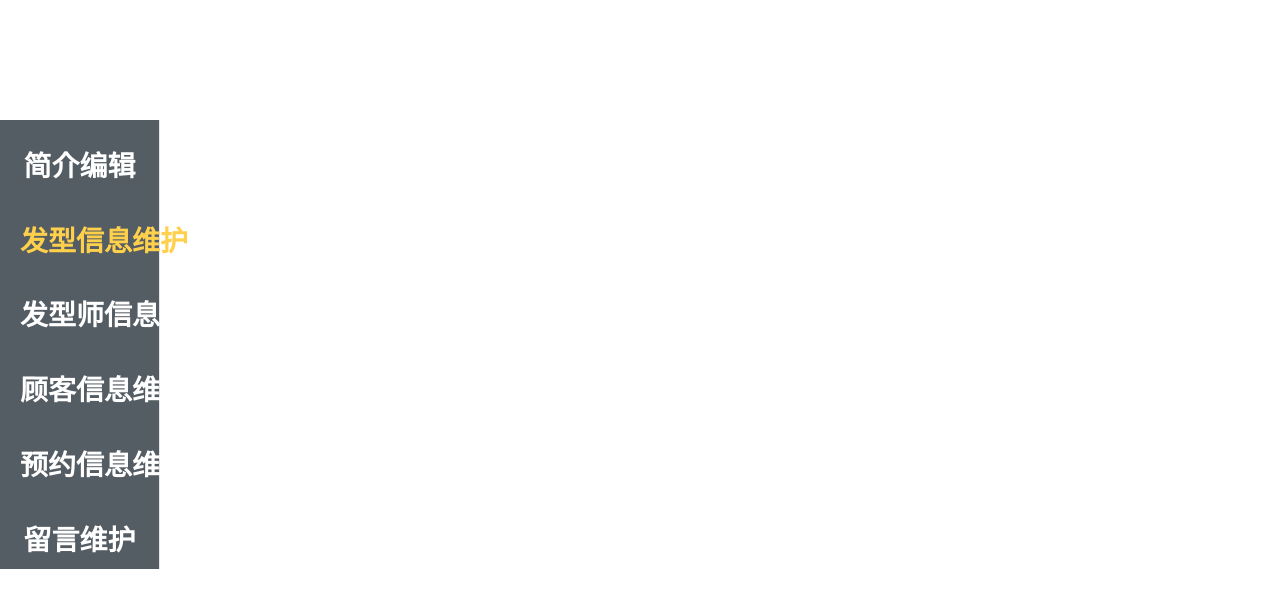
Repository: cjl0805/graduation-design-front
Page: /back/home
The author's editor kept a copy of each file at every save. The page is drawn from the files as they stood at one save, then again after the next save.
The browser window is 1280 px wide. The pictures show the whole page.
The project was rebuilt for these pictures with package versions that can differ from the ones it lists, and the page was loaded fresh each time. Also part of the build but not shown: vue.config.js, src/components/RotationChart.vue, src/components/NavigationBar.vue, src/components/HairStylist.vue, src/components/HairStyle.vue, src/views/font/HairStyleView.vue, src/views/font/HairStylistView.vue, src/views/font/HomeView.vue and 11 more.

Above is the page before, as saved 2023-04-17 16:38:18.

### src/main.js
import Vue from 'vue'
import App from './App.vue'
import router from './router'
import ElementUI from 'element-ui'
import 'element-ui/lib/theme-chalk/index.css'
import axios from 'axios'
import VueAxios from 'vue-axios'
Vue.use(VueAxios, axios);
axios.interceptors.request.use(
  config => {
    if (localStorage.getItem('token')) {
      config.headers.token = localStorage.getItem('token');
    }
    return config;
  },
  error => {
    return Promise.reject(error);
  }
);

axios.interceptors.response.use(
  res => {
    if (res.data.code === 501) {
      console.log(res.data);
      alert("登录已过期，请重新登录！");
      window.localStorage.removeItem('token');
      window.localStorage.removeItem('username');
      location.reload();
    }
    return res;
  }
);

Vue.config.productionTip = false
Vue.use(ElementUI)
new Vue({
  router,
  render: h => h(App)
}).$mount('#app')

### src/router/index.js
import Vue from 'vue'
import VueRouter from 'vue-router'
import HairStyleView from '../views/font/HairStyleView.vue'
import HairStylistView from '../views/font/HairStylistView.vue'
import HomeView from '../views/font/HomeView.vue'
import login from '../views/font/login.vue'
import register from '../views/font/register.vue'
import PersonalInfo from '../views/font/PersonalInfo.vue'
import appointment from '../views/font/AppointmentView.vue'
import pay from '../views/font/PayView.vue'
import MainView from '../views/back/MainView.vue'

Vue.use(VueRouter)

const routes = [{
    path: '/',
    name: 'home',
    component: HomeView
  },
  {
    path: '/hairstyle',
    name: 'hairstyle',
    component: HairStyleView
  },
  {
    path: '/hairstylist',
    name: 'hairstylist',
    component: HairStylistView
  },
  {
    path: '/about',
    name: 'about',
    // route level code-splitting
    // this generates a separate chunk (about.[hash].js) for this route
    // which is lazy-loaded when the route is visited.
    component: () => import( /* webpackChunkName: "about" */ '../views/AboutView.vue')
  },
  {
    path: '/login',
    name: 'login',
    component: login
  },
  {
    path: '/register',
    name: 'register',
    component: register
  },
  {
    path: '/PersonalInfo',
    name: 'PersonalInfo',
    component: PersonalInfo,
  },
  {
    path: '/appointment',
    name: 'appointment',
    component: appointment
  },
  {
    path: '/pay',
    name: 'pay',
    component: pay
  },
  {
    path: '/back/home',
    name: 'MainView',
    component: MainView
  },
]

const router = new VueRouter({
  mode: 'history',
  base: process.env.BASE_URL,
  routes
})

// 导航守卫
// 使用 router.beforeEach 注册一个全局前置守卫，判断用户是否登陆
router.beforeEach((to, from, next) => {
  if (to.path === '/PersonalInfo' || to.path === '/appointment' || to.path === '/MessageCenter' || to.path === '/pay') {
    let token = localStorage.getItem('token');
    if (token === null || token === '') {
      next('/login');
    } else {
      next();
    }
  } else {
    next();
  }
});

export default router

### src/views/back/MainView.vue
<template>
  <div>
    <div class="div1">
      <el-col :span="3">
        <el-menu
          default-active="2"
          class="el-menu-vertical-demo"
          @open="handleOpen"
          @close="handleClose"
          background-color="#545c64"
          text-color="#fff"
          active-text-color="#ffd04b"
        >
          <el-menu-item index="1">
            <span slot="title"><h1>简介编辑</h1></span>
          </el-menu-item>
          <el-menu-item index="2">
            <span slot="title"><h1>发型信息维护</h1></span>
          </el-menu-item>
          <el-menu-item index="3">
            <span slot="title"><h1>发型师信息维护</h1></span>
          </el-menu-item>
          <el-menu-item index="4">
            <span slot="title"><h1>顾客信息维护</h1></span>
          </el-menu-item>
          <el-menu-item index="5">
            <span slot="title"><h1>预约信息维护</h1></span>
          </el-menu-item>
          <el-menu-item index="6">
            <span slot="title"><h1>留言维护</h1></span>
          </el-menu-item>
        </el-menu>
      </el-col>
    </div>
    <div class="div2"></div>
  </div>
</template>

<script>
export default {
  methods: {
    handleOpen(key, keyPath) {
      console.log(key, keyPath);
    },
    handleClose(key, keyPath) {
      console.log(key, keyPath);
    },
  },
};
</script>

<style></style>

### src/components/UserDescription.vue
<template>
  <div>
    <div class="img">
      <el-upload
        class="userform.img !== '' ? 'avatar-uploader boxCardUploadImg' : 'avatar-uploader'"
        action=""
        :http-request="upFile"
        :show-file-list="false"
        :on-change="handleChange"
        :limit="2"
        :headers="headers"
      >
        <img v-if="userform.img" :src="userform.img" class="avatar" />
        <i v-else class="el-icon-plus avatar-uploader-icon"></i> </el-upload
      ><br />
      <el-button round type="primary" @click="saveImg">保存头像</el-button>
      <div class="div2">
        <div class="div3">
          <el-button class="button"
            ><p class="p" @click="click1">个人信息</p></el-button
          >
        </div>
        <div class="div3">
          <el-button class="button" @click="click2"
            ><p class="p">我的预约</p></el-button
          >
        </div>
        <div class="div3">
          <el-button class="button"
            ><p class="p" @click="click3">我的留言</p></el-button
          >
        </div>
      </div>
    </div>
    <div class="info">
      <UserInfo v-if="userInfo"></UserInfo>
      <myAppointment v-if="myAppointment" class="myAppointment"></myAppointment>
      <myMessage v-if="myMessage"></myMessage>
    </div>
  </div>
</template>

<script>
import UserInfo from "./UserInfo.vue";
import MyAppointment from "./MyAppointment.vue";
import MyMessage from "./MyMessage.vue";
export default {
  name: "UserDescription",
  components: {
    MyAppointment,
    MyMessage,
    UserInfo,
  },
  data() {
    return {
      imageUrl: "",
      headers: {},
      token: "",
      userform: {
        img: "",
      },
      file: " ",
      userInfo: this.$route.query.userInfo,
      myAppointment: this.$route.query.myAppointment,
      myMessage: false,
    };
  },
  created() {
    this.load();
  },
  methods: {
    load() {
      this.axios({
        method: "GET",
        url: "http://localhost:8090/graduation/design/customInfo/get",
        params: {
          username: window.localStorage.getItem("username"),
        },
      }).then((res) => {
        console.log(res.data);
        if (res.data.data != null) {
          this.userform.img = res.data.data.img;
        }
      });
    },
    click1() {
      this.userInfo = true;
      this.myAppointment = false;
      this.myMessage = false;
    },
    click2() {
      this.userInfo = false;
      this.myAppointment = true;
      this.myMessage = false;
    },
    click3() {
      this.userInfo = false;
      this.myAppointment = false;
      this.myMessage = true;
    },
    handleChange(file, fileList) {
      const fileName = file.name; // 文件名字
      const fileType = fileName.substring(fileName.lastIndexOf(".") + 1);
      if (fileType === "png" || fileType === "jpg") {
        this.file = file;
        return;
      } else {
        this.$message({
          type: "warning",
          message: "附件格式错误，请重新上传！",
        });
      }
    },
    upFile(item) {
      const formData = new FormData();
      formData.append("file", this.file.raw);
      this.axios({
        method: "POST",
        url: "http://localhost:8090/graduation/design/common/upload",
        data: formData,
      }).then((res) => {
        console.log(res.data);
        if (res.data.code === 200) {
          this.userform.img = res.data.data;
        } else {
          alert(res.data.message);
        }
      });
    },
    beforeAvatarUpload(file) {
      const isJPG = file.type === "image/jpeg";
      const isLt2M = file.size / 1024 / 1024 < 2;

      if (!isJPG) {
        this.$message.error("上传头像图片只能是 JPG 格式!");
      }
      if (!isLt2M) {
        this.$message.error("上传头像图片大小不能超过 2MB!");
      }
      return isJPG && isLt2M;
    },
    saveImg() {
      this.axios({
        method: "POST",
        url: "http://localhost:8090/graduation/design/customInfo/save/img",
        params: {
          username: window.localStorage.getItem("username"),
          img: this.userform.img,
        },
      }).then((res) => {
        console.log(res.data);
        if (res.data.code === 200) {
          alert("保存头像成功！");
        }
      });
    },
  },
};
</script>

<style>
.avatar-uploader .el-upload {
  border: 1px solid #d9d9d9;
  border-radius: 50px;
  cursor: pointer;
  position: relative;
  overflow: hidden;
}
.avatar-uploader .el-upload:hover {
  border-color: none;
}
.avatar-uploader-icon {
  margin-top: 20px;
  font-size: 120px;
  color: #8c939d;
}
.avatar {
  margin-top: 20px;
  width: 120px;
  height: 120px;
  display: block;
}

.boxCardUploadImg .el-upload:hover div {
  width: 100px;
  height: 100px;
  line-height: 100px;
  text-align: center;
  border-radius: 50px;
  position: absolute;
  font-size: 18px;
  display: initial;
  z-index: 999;
  color: #fff;
  top: 0;
  left: 0;
  background-color: #17163c;
  opacity: 0.5;
}
.my-content {
  font-size: 20px;
}
.my-label {
  font-size: 20px;
}
.img {
  margin-left: 20px;
  text-align: center;
  width: 240px;
  height: 640px;
  border: 2px;
  background: rgb(255, 255, 255);
}
.info {
  margin-top: -640px;
  margin-left: 305px;
  text-align: center;
  width: 1210px;
  height: 640px;
  border: 2px;
  background: rgba(255, 255, 255);
}
.button {
  margin: 0 auto;
  width: 200px;
  height: 40px;
  margin-top: 0px;
}
.p {
  margin: 0 auto;
  font-size: 20px;
  font-weight: bold;
}
.div2 {
  margin-top: 120px;
}
.div3 {
  margin-top: 28px;
}
</style>

### src/components/HairStylistDescription.vue
<template>
  <div>
    <div class="img">
      <el-upload
        class="userform.img !== '' ? 'avatar-uploader boxCardUploadImg' : 'avatar-uploader'"
        action=""
        :http-request="upFile"
        :show-file-list="false"
        :on-change="handleChange"
        :limit="2"
        :headers="headers"
      >
        <img v-if="userform.img" :src="userform.img" class="avatar" />
        <i v-else class="el-icon-plus avatar-uploader-icon"></i> </el-upload
      ><br />
      <el-button round type="primary" @click="saveImg">保存头像</el-button>
      <div class="div2">
        <div class="div3">
          <el-button class="button"
            ><p class="p" @click="click1">个人信息</p></el-button
          >
        </div>
        <div class="div3">
          <el-button class="button" @click="click2"
            ><p class="p">我的预约</p></el-button
          >
        </div>
      </div>
    </div>
    <div class="info">
      <HairStylistInfo v-if="HairStylistInfo"></HairStylistInfo>
      <HairStylistAppointment v-if="HairStylistAppointment"></HairStylistAppointment>
    </div>
  </div>
</template>

<script>
import HairStylistInfo from "./HairStylistInfo.vue";
import HairStylistAppointment from "./HairStylistAppointment.vue";
export default {
  name: "UserDescription",
  components: {
    HairStylistAppointment,
    HairStylistInfo,
  },
  data() {
    return {
      imageUrl: "",
      headers: {},
      token: "",
      userform: {
        img: "",
      },
      file: " ",
      HairStylistInfo: true,
      HairStylistAppointment: false,
    };
  },
  created() {
    this.load();
  },
  methods: {
    load() {
      this.axios({
        method: "GET",
        url: "http://localhost:8090/graduation/design/hairstylist/get",
        params: {
          username: window.localStorage.getItem("username"),
        },
      }).then((res) => {
        console.log(res.data);
        if (res.data.data != null) {
          this.userform.img = res.data.data.img;
          window.localStorage.setItem("hairstylist", res.data.data.name);
        }
      });
    },
    click1() {
      this.HairStylistInfo = true;
      this.HairStylistAppointment = false;
    },
    click2() {
      this.HairStylistInfo = false;
      this.HairStylistAppointment = true;
    },
    handleChange(file, fileList) {
      const fileName = file.name; // 文件名字
      const fileType = fileName.substring(fileName.lastIndexOf(".") + 1);
      if (fileType === "png" || fileType === "jpg") {
        this.file = file;
        return;
      } else {
        this.$message({
          type: "warning",
          message: "附件格式错误，请重新上传！",
        });
      }
    },
    upFile(item) {
      const formData = new FormData();
      formData.append("file", this.file.raw);
      this.axios({
        method: "POST",
        url: "http://localhost:8090/graduation/design/common/upload",
        data: formData,
      }).then((res) => {
        console.log(res.data);
        if (res.data.code === 200) {
          this.userform.img = res.data.data;
        } else {
          alert(res.data.message);
        }
      });
    },
    beforeAvatarUpload(file) {
      const isJPG = file.type === "image/jpeg";
      const isLt2M = file.size / 1024 / 1024 < 2;

      if (!isJPG) {
        this.$message.error("上传头像图片只能是 JPG 格式!");
      }
      if (!isLt2M) {
        this.$message.error("上传头像图片大小不能超过 2MB!");
      }
      return isJPG && isLt2M;
    },
    saveImg() {
      this.axios({
        method: "POST",
        url: "http://localhost:8090/graduation/design/hairstylist/save/img",
        params: {
          username: window.localStorage.getItem("username"),
          img: this.userform.img,
        },
      }).then((res) => {
        console.log(res.data);
        if (res.data.code === 200) {
          alert("保存头像成功！");
        }
      });
    },
  },
};
</script>

<style>
.avatar-uploader .el-upload {
  border: 1px solid #d9d9d9;
  border-radius: 50px;
  cursor: pointer;
  position: relative;
  overflow: hidden;
}
.avatar-uploader .el-upload:hover {
  border-color: none;
}
.avatar-uploader-icon {
  margin-top: 20px;
  font-size: 120px;
  color: #8c939d;
}
.avatar {
  margin-top: 20px;
  width: 120px;
  height: 120px;
  display: block;
}

.boxCardUploadImg .el-upload:hover div {
  width: 100px;
  height: 100px;
  line-height: 100px;
  text-align: center;
  border-radius: 50px;
  position: absolute;
  font-size: 18px;
  display: initial;
  z-index: 999;
  color: #fff;
  top: 0;
  left: 0;
  background-color: #17163c;
  opacity: 0.5;
}
.my-content {
  font-size: 20px;
}
.my-label {
  font-size: 20px;
}
.img {
  margin-left: 20px;
  text-align: center;
  width: 240px;
  height: 640px;
  border: 2px;
  background: rgb(255, 255, 255);
}
.info {
  margin-top: -640px;
  margin-left: 305px;
  text-align: center;
  width: 1210px;
  height: 640px;
  border: 2px;
  background: rgba(255, 255, 255);
}
.button {
  margin: 0 auto;
  width: 200px;
  height: 40px;
  margin-top: 0px;
}
.p {
  margin: 0 auto;
  font-size: 20px;
  font-weight: bold;
}
.div2 {
  margin-top: 120px;
}
.div3 {
  margin-top: 28px;
}
</style>

Loaded but not shown: public/index.html (common file); src/App.vue (common file)

After the next save:
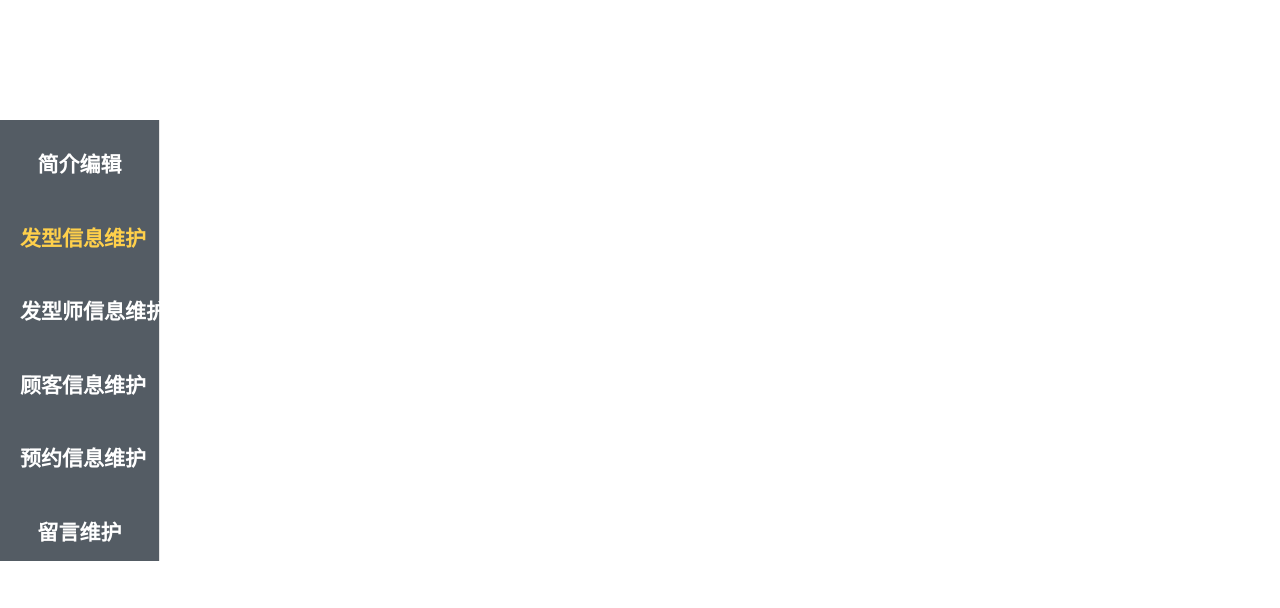
Saved 88 s later.
--- a/src/views/back/MainView.vue
+++ b/src/views/back/MainView.vue
@@ -12,22 +12,22 @@
           active-text-color="#ffd04b"
         >
           <el-menu-item index="1">
-            <span slot="title"><h1>简介编辑</h1></span>
+            <span slot="title"><h2>简介编辑</h2></span>
           </el-menu-item>
           <el-menu-item index="2">
-            <span slot="title"><h1>发型信息维护</h1></span>
+            <span slot="title"><h2>发型信息维护</h2></span>
           </el-menu-item>
           <el-menu-item index="3">
-            <span slot="title"><h1>发型师信息维护</h1></span>
+            <span slot="title"><h2>发型师信息维护</h2></span>
           </el-menu-item>
           <el-menu-item index="4">
-            <span slot="title"><h1>顾客信息维护</h1></span>
+            <span slot="title"><h2>顾客信息维护</h2></span>
           </el-menu-item>
           <el-menu-item index="5">
-            <span slot="title"><h1>预约信息维护</h1></span>
+            <span slot="title"><h2>预约信息维护</h2></span>
           </el-menu-item>
           <el-menu-item index="6">
-            <span slot="title"><h1>留言维护</h1></span>
+            <span slot="title"><h2>留言维护</h2></span>
           </el-menu-item>
         </el-menu>
       </el-col>
